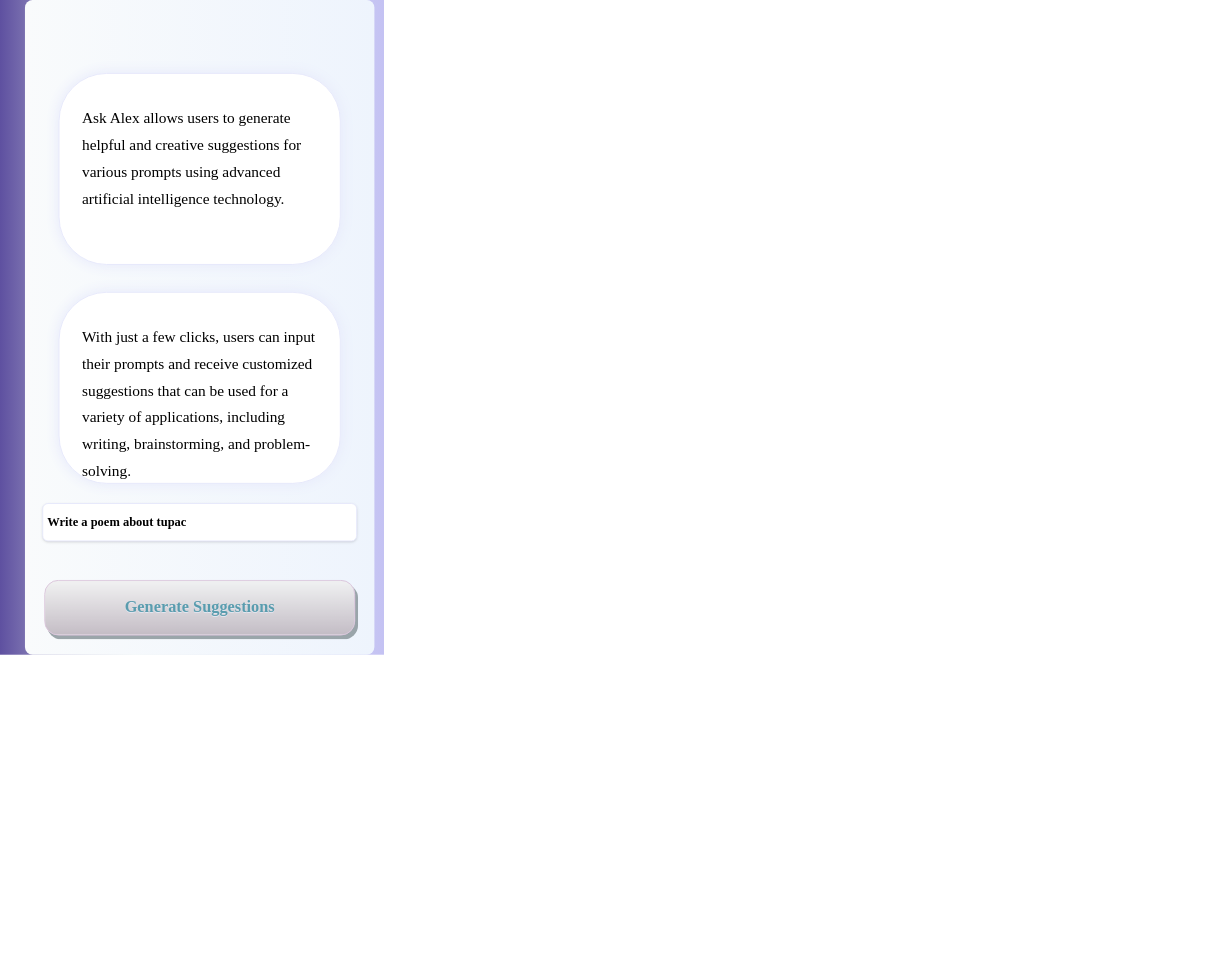
Repository: djdjdallas/AskAlex
Page: /
These files come from the project's save history. The page is drawn as it stood at one moment and after the next save; the edit follows.
The browser window is 1280 px wide. The pictures show the whole page, at 96% of full size.
The project was rebuilt for these pictures with package versions that can differ from the ones it lists, and the page was loaded fresh each time. Also part of the build but not shown: webpack.config.js.

Above is the page before, as saved 2023-02-27 17:44:55.

### src/App.js
import "./App.css";
import Popup from "./popup";

function App() {
  return (
    <div className="App w-[500px]">
      <header className="App-header bg-gradient-to-r from-[#5E50A0] via-[#EDF4EF] to-[#C4C2F3] w-[25rem]">
        <div className="bg-gradient-to-r from-[#5E50A0] via-[#EDF4EF] to-[#C4C2F3]  w-[100%] flex justify-center items-center"></div>
        <Popup />
      </header>
    </div>
  );
}

export default App;

### src/App.css
.App {
  text-align: center;
  width: 500px;
  height: 1000px;
}

.App-logo {
  height: 40vmin;
  pointer-events: none;
}

@media (prefers-reduced-motion: no-preference) {
  .App-logo {
    animation: App-logo-spin infinite 20s linear;
  }
}

.App-header {
  background: rgb(94,80,160);
  background: linear-gradient(90deg, rgba(94,80,160,1) 0%, rgba(237,244,239,1) 35%, rgba(196,194,243,1) 100%);
  display: flex;
  flex-direction: column;
  align-items: center;
  justify-content: center;
  font-size: calc(10px + 2vmin);
  color: white;
}
.input{
  font-size: small;
  border: 1px solid #E7EAFB;
  width: 90%;
  height: 40px;
}
.infoBox{
  width: 90%;
  height: 200px;
  background-color: white;
  border: 1px solid #E7EAFB;
  color: black;
  border-radius:50px;
  -webkit-box-shadow:0px 0px 13px 1px #e7eafb ;
-moz-box-shadow:0px 0px 13px 1px #e7eafb ;
box-shadow:0px 0px 13px 1px #e7eafb ;
}
.infoContainer{
  width: 90%;
  height: 100%;
  margin-top: 4rem;
  text-align: left;
  font-size: 1.5rem;
  display: flex;
  flex-direction: column;
  justify-content: center;
  align-items: center;
  gap: 1rem;

}
.subText{
  font-size: 1rem;
  margin-top: 1rem;
  padding: 0 3%;

}
.myButton {
	box-shadow: 3px 4px 0px 0px #899599;
	background:linear-gradient(to bottom, #ededed 5%, #bab1ba 100%);
	background-color:#ededed;
	border-radius:15px;
	border:1px solid #d6bcd6;
	display:inline-block;
	cursor:pointer;
	color:#3a8a9e;
	font-family:Arial;
	font-size:17px;
	padding:12px 39px;
	text-decoration:none;
	text-shadow:0px 1px 0px #e1e2ed;
}
.myButton:hover {
	background:linear-gradient(to bottom, #bab1ba 5%, #ededed 100%);
	background-color:#bab1ba;
}
.myButton:active {
	position:relative;
	top:1px;
}

.App-link {
  color: #61dafb;
}

@keyframes App-logo-spin {
  from {
    transform: rotate(0deg);
  }
  to {
    transform: rotate(360deg);
  }
}

### src/popup.js
import React, { useState } from "react";

function Popup() {
  const [prompt, setPrompt] = useState("");
  const [suggestions, setSuggestions] = useState([]);
  const [isLoading, setIsLoading] = useState(false);

  function handleInputChange(event) {
    setPrompt(event.target.value);
  }

  async function generateSuggestions() {
    const API_KEY = "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";
    const API_URL =
      "https://api.openai.com/v1/engines/text-davinci-003/completions";
    setIsLoading(true);
    const response = await fetch(API_URL, {
      method: "POST",
      headers: {
        "Content-Type": "application/json",
        Authorization: `Bearer ${API_KEY}`,
      },
      body: JSON.stringify({
        prompt: `Provide 3 better prompts along with context ideas to ask chatgpt to ${prompt}.\n\n1.`,
        max_tokens: 1000,
        n: 1,
        temperature: 0.7,
      }),
    });

    const data = await response.json();

    const suggestedPrompts = data.choices[0].text.split("\n");
    console.log(isLoading);
    setSuggestions(suggestedPrompts);
  }
  function handleCopy(suggestion) {
    navigator.clipboard.writeText(suggestion);
  }

  return (
    <div className="ml-4 popup w-[91%] flex flex-col bg-gradient-to-r from-[#f9fbfc] to-[#eef4fd] rounded-lg">
      <div className="flex justify-center items-center w-[100%] mt-3">
        {suggestions ? (
          <div className="infoContainer w-[90%] h-[100%] mt-4 text-xl space-y-3 flex-row justify-center items-center">
            <div className="infoBox border-[1px] border-purple-300 p-4 rounded-md shadow bg-white ">
              <h1 className="subText" style={{ fontFamily: "Baskeville" }}>
                Ask Alex allows users to generate helpful and creative
                suggestions for various prompts using advanced artificial
                intelligence technology.
              </h1>
            </div>
            <div className="infoBox border-[1px] border-purple-300 rounded-md shadow-lg p-4 bg-white ">
              <h1
                className="subText"
                style={{
                  fontFamily: "Baskeville",
                }}
              >
                With just a few clicks, users can input their prompts and
                receive customized suggestions that can be used for a variety of
                applications, including writing, brainstorming, and
                problem-solving.
              </h1>
            </div>
          </div>
        ) : null}
      </div>
      <div className="flex justify-center items-center my-5">
        <input
          style={{ fontFamily: "Baskeville" }}
          className="input shadow outline-none focus:outline-none focus:ring text-sm font-bold border-2 border-[#E7EAFB] rounded-md w-[90%]  h-20 placeholder:text-black placeholder:pl-1
          "
          type="text"
          value={prompt}
          onChange={handleInputChange}
          placeholder="Write a poem about tupac"
        />
      </div>
      <button
        style={{ fontFamily: "Baskeville" }}
        className="myButton cursor-pointer text-2xl font-bold bg-gradient-to-r from-[#8C61FF] to-[#0BB2FF] rounded-md p-2 m-5 text-white
         animate-pulse transition transform duration-300 ease-in-out hover:shadow-xl shadow-md"
        onClick={generateSuggestions}
      >
        Generate Suggestions
      </button>
      {suggestions.length > 0 ? (
        <ul
          className="text-xl font-bold flex-row p-2 space-y-3 "
          style={{ fontFamily: "Baskeville" }}
        >
          {suggestions.map((suggestion, index) => (
            <li
              className=" text-white ml-1 bg-gradient-to-r from-[#5E50A0] to-[#C4C2F3] rounded-md p-2 "
              key={index}
            >
              {suggestion}
              <button
                className="cursor-pointer"
                onClick={() => handleCopy(suggestion)}
              ></button>
            </li>
          ))}
        </ul>
      ) : (
        <p className="font-bold text-2xl text-center">
          {isLoading ? "Alex is thinking..." : ""}
        </p>
      )}
    </div>
  );
}

export default Popup;

Loaded but not shown: public/index.html (common file); src/index.js (common file); src/index.css (common file); src/reportWebVitals.js (common file); tailwind.config.js (common file)

After the next save:
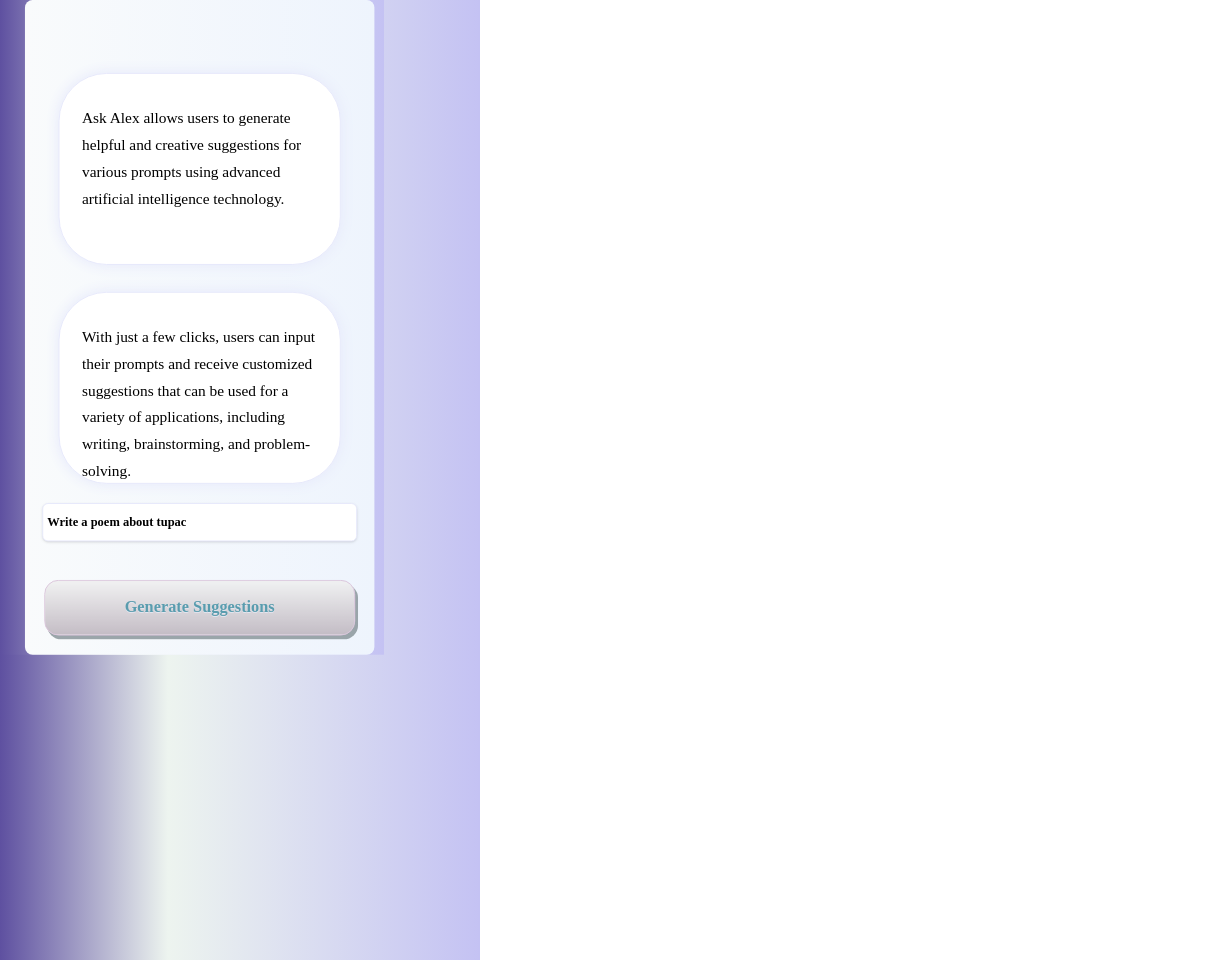
Saved 59 s later.
--- a/src/App.css
+++ b/src/App.css
@@ -2,6 +2,8 @@
   text-align: center;
   width: 500px;
   height: 1000px;
+  background: rgb(94,80,160);
+  background: linear-gradient(90deg, rgba(94,80,160,1) 0%, rgba(237,244,239,1) 35%, rgba(196,194,243,1) 100%);
 }
 
 .App-logo {
